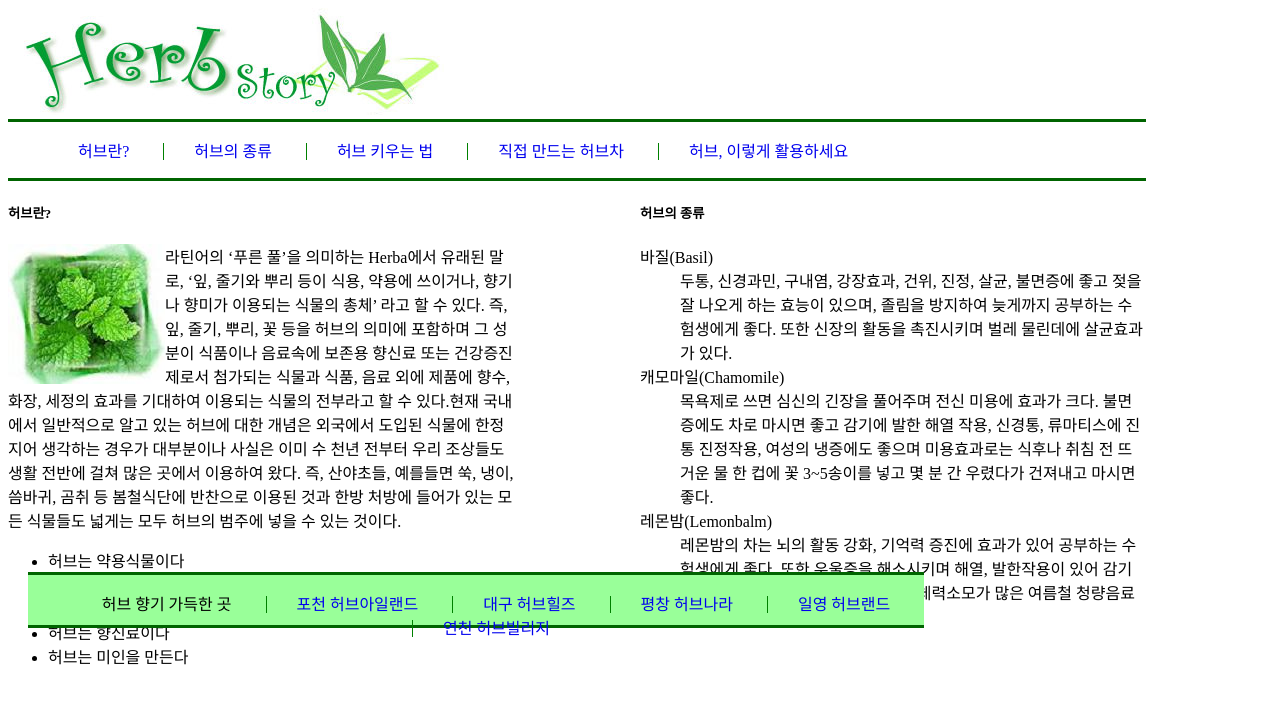
Repository: RyuJelly/java_web
Page: CSS/WebContent/exam2/layout.htm
The author's editor kept a copy of each file at every save. The page is drawn from the files as they stood at one save, then again after the next save.
The browser window is 1280 px wide. The pictures show the whole page.

Above is the page before, as saved 2021-03-08 06:10:27.

After the next save:
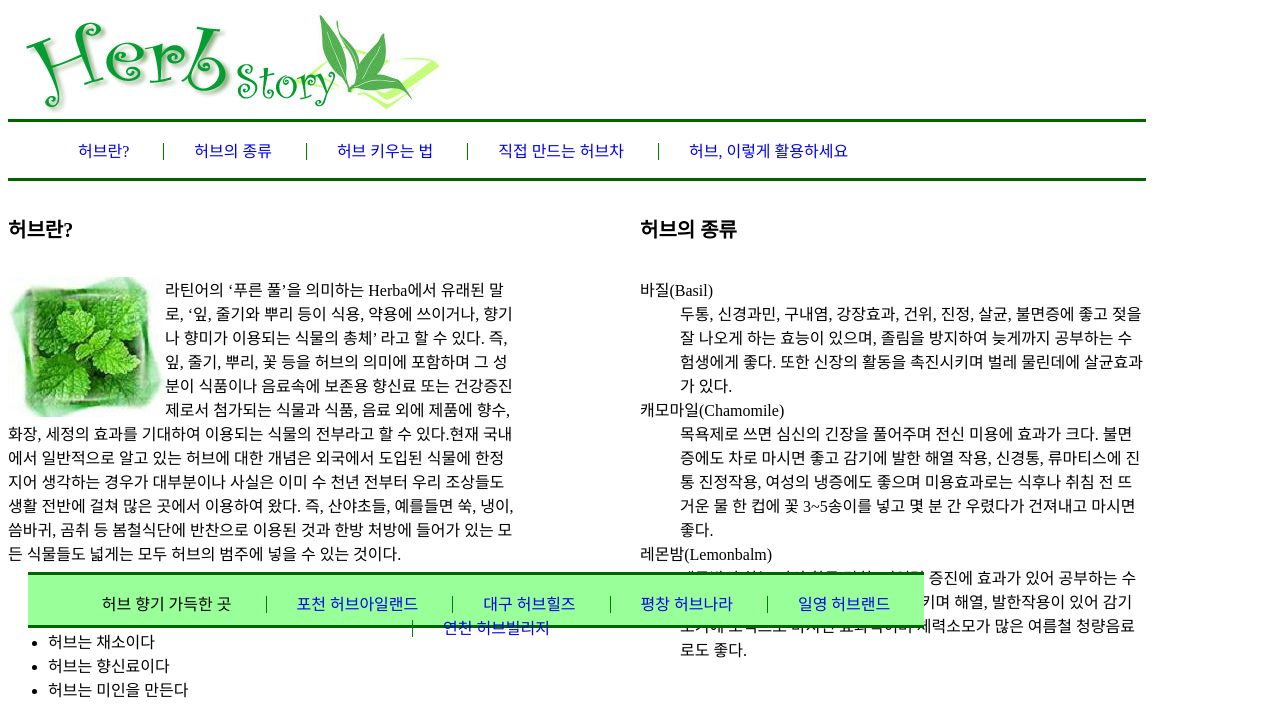
Saved 9 min 40 s later.
--- a/CSS/WebContent/exam2/layout.htm
+++ b/CSS/WebContent/exam2/layout.htm
@@ -60,6 +60,10 @@
 		text-decoration: none;
 	}
 	a:visited{color: green;}
+	h5{
+		font-size: 20px;
+		font-weight: bold;
+	}
 </style>
 </head>
 <body>
